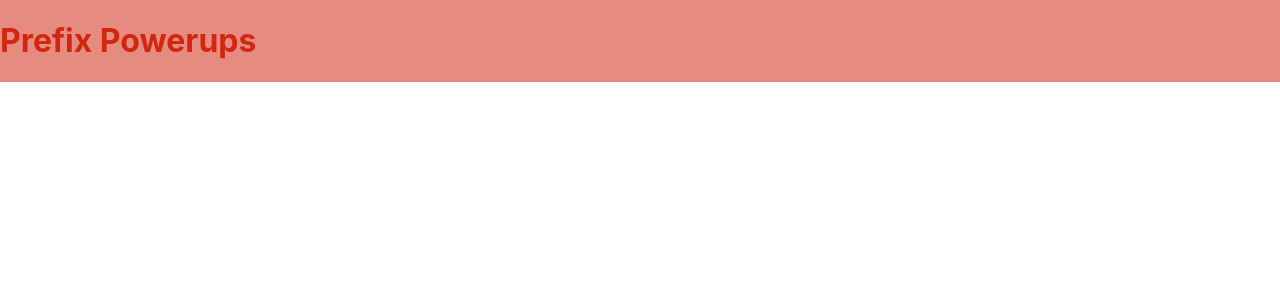
Repository: bsalgado98/buns-inator
Page: /
An editor plug-in stored every save of this project. The page is shown before and after the next save, followed by the edit.
The browser window is 1280 px wide. The pictures show the whole page.
The project was rebuilt for these pictures with package versions that can differ from the ones it lists, and the page was loaded fresh each time. Also part of the build but not shown: src/components/WordCard/WordCard.js, src/utility/wordCollection.js.

Above is the page before, as saved 2022-04-25 22:01:45.

After the next save:
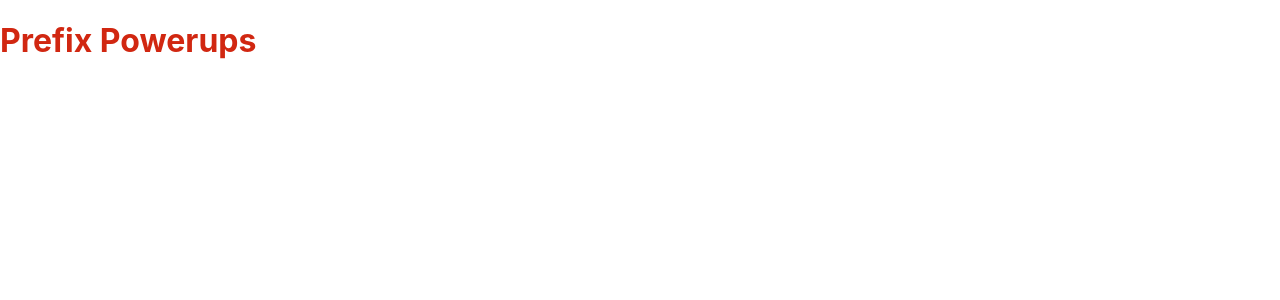
Saved 38 s later.
--- a/src/components/WordBank/WordBank.js
+++ b/src/components/WordBank/WordBank.js
@@ -1,7 +1,9 @@
 const WordBank = ({ bankTitle = "N/A", color = "#000000", wordCollection = [] }) => {
     const styles = {
-        containerStyle: {
-            backgroundColor: `${color}88`
+        container: {
+            style: {
+                backgroundColor: `${color}88`
+            }
         },
         title: {
             style: {

After the save that followed:
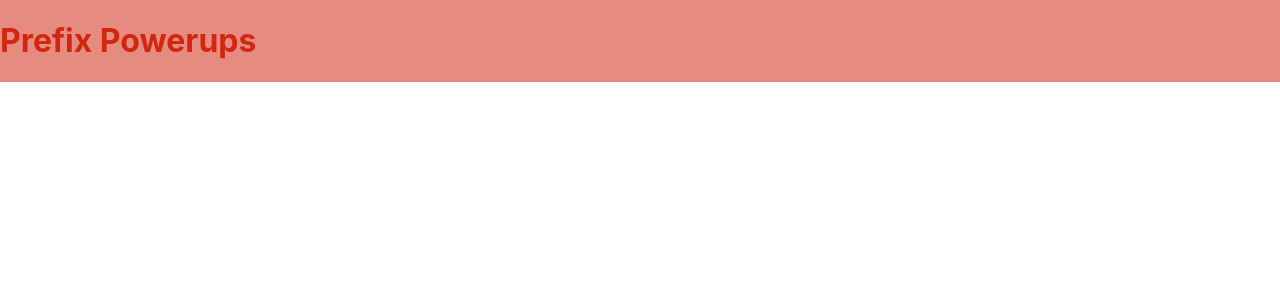
Saved 4 s later.
--- a/src/components/WordBank/WordBank.js
+++ b/src/components/WordBank/WordBank.js
@@ -22,7 +22,7 @@
         }
     }
     return (
-        <div style={styles.containerStyle}>
+        <div style={styles.container.style}>
             <div style={styles.title.container.style}>
                 <h1 style={styles.title.style}>{bankTitle}</h1>
             </div>
